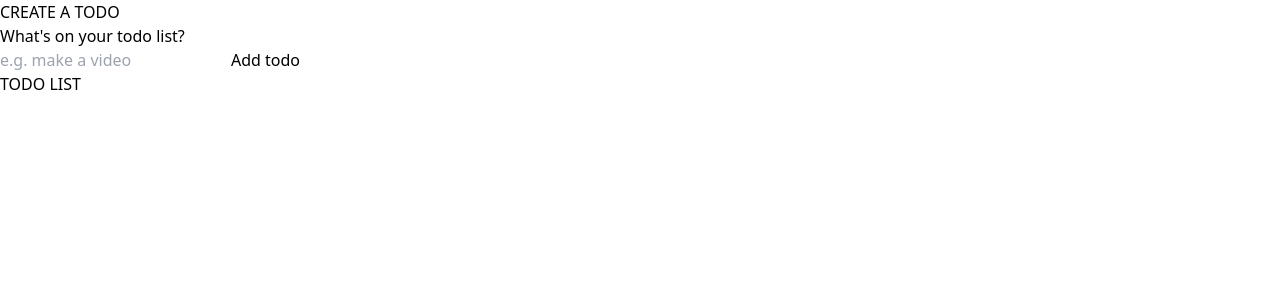
Repository: Kajo-lab/vue-todo
Page: /
The author's editor kept a copy of each file at every save. The page is drawn from the files as they stood at one save, then again after the next save.
The browser window is 1280 px wide. The pictures show the whole page.
The project was rebuilt for these pictures with package versions that can differ from the ones it lists, and the page was loaded fresh each time. Also part of the build but not shown: vite.config.js.

Above is the page before, as saved 2022-07-05 18:18:29.

After the next save:
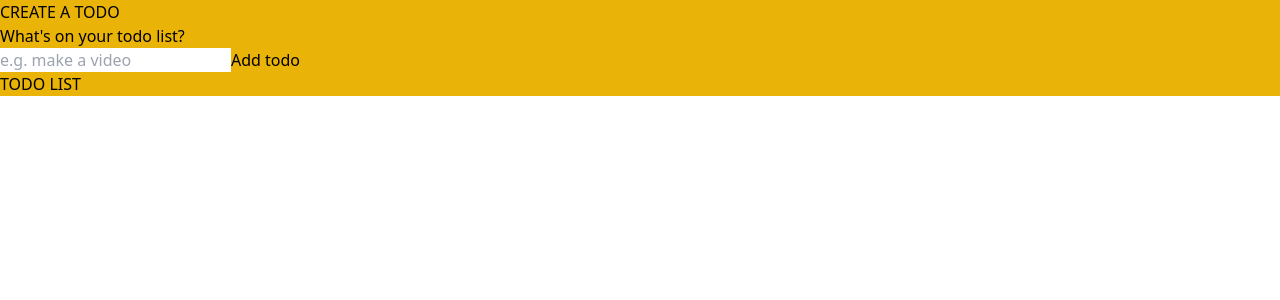
Saved 85 s later.
--- a/src/App.vue
+++ b/src/App.vue
@@ -45,7 +45,7 @@ onMounted(() => {
 
 <template>
 
-<main class="app">
+<main class="bg-yellow-500">
   <section class="create-todo">
     <h3>CREATE A TODO</h3>
 
